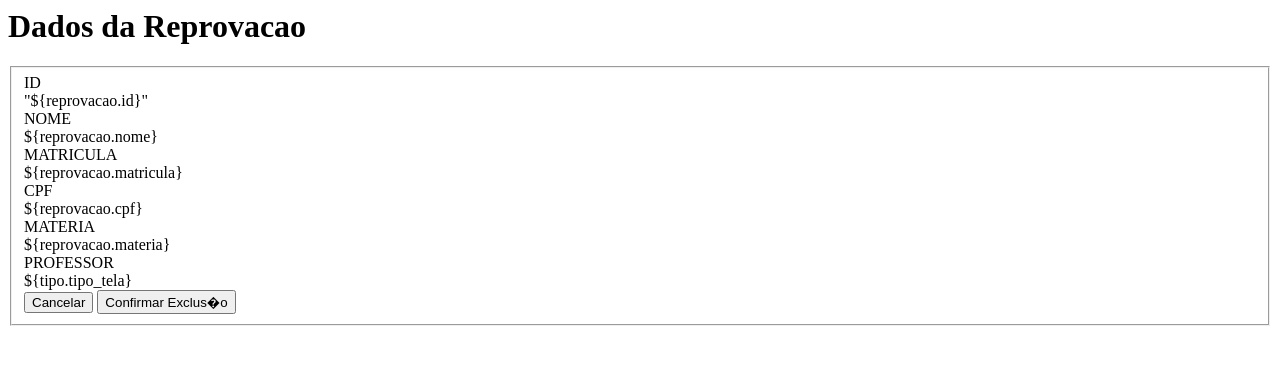
Repository: WilliamEstrela/trabalho1VA-PROG4
Page: CRUDLanManagerV5/WebContent/manterreprovacao/excluir.html
An editor plug-in stored every save of this project. The page is shown before and after the next save, followed by the edit.
The browser window is 1280 px wide. The pictures show the whole page.

Above is the page before, as saved 2019-09-05 23:36:20.

After the next save:
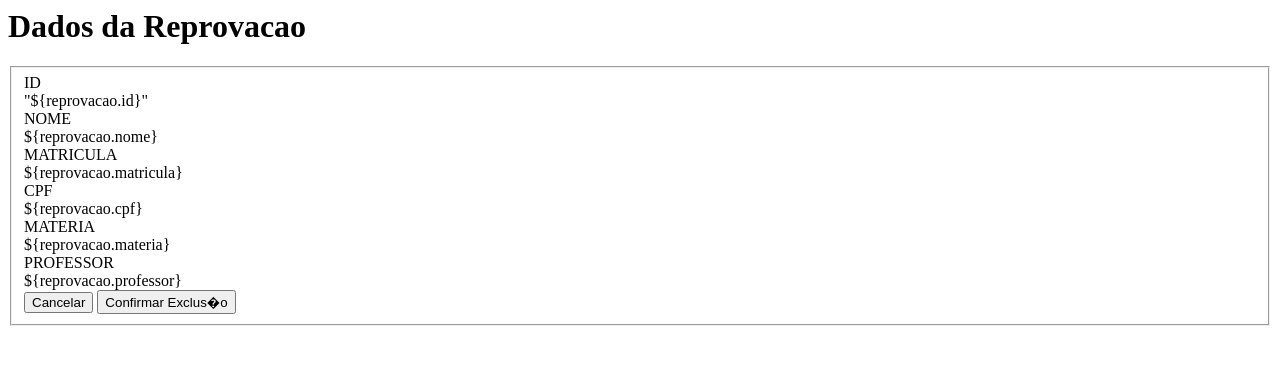
Saved 8 s later.
--- a/CRUDLanManagerV5/WebContent/manterreprovacao/excluir.html
+++ b/CRUDLanManagerV5/WebContent/manterreprovacao/excluir.html
@@ -44,7 +44,7 @@
                    <div class="form-group">
                     <label for="tipo" class="col-lg-2 control-label">PROFESSOR</label>
                     <div class="col-lg-10">
-                      ${tipo.tipo_tela}
+                      ${reprovacao.professor}
                     </div>
                   </div>
 
